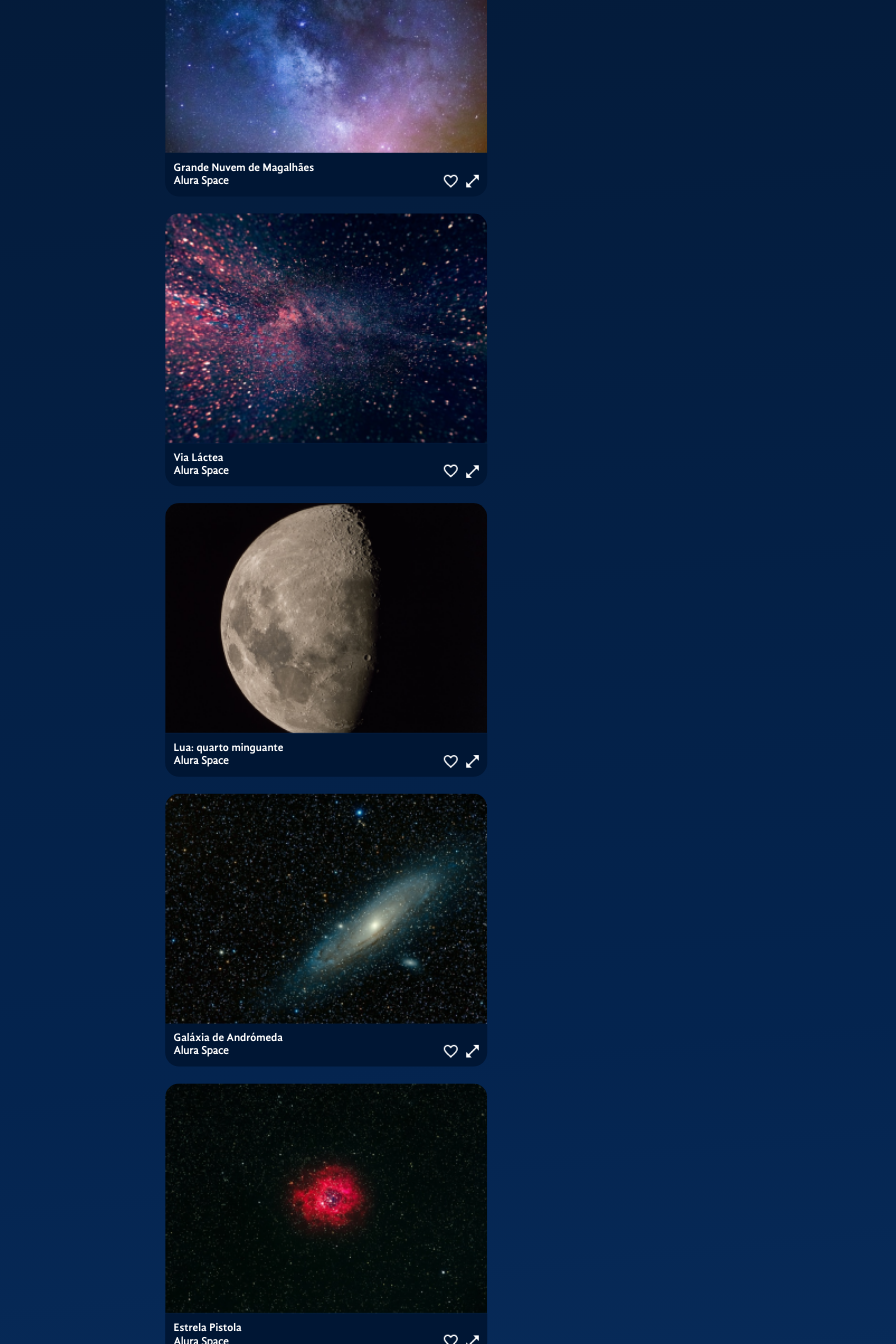
Repository: guilhermecardoso93/space-app-alura
Page: /
An editor plug-in stored every save of this project. The page is shown before and after the next save, followed by the edit.
The browser window is 1280 px wide. The pictures show the part of the page from y = 784 to 2704 px (the page is 4794 px tall), at 70% of full size.
The project was rebuilt for these pictures with package versions that can differ from the ones it lists, and the page was loaded fresh each time. Also part of the build but not shown: vite.config.js.

Above is the page before, as saved 2024-06-21 21:23:55.

After the next save:
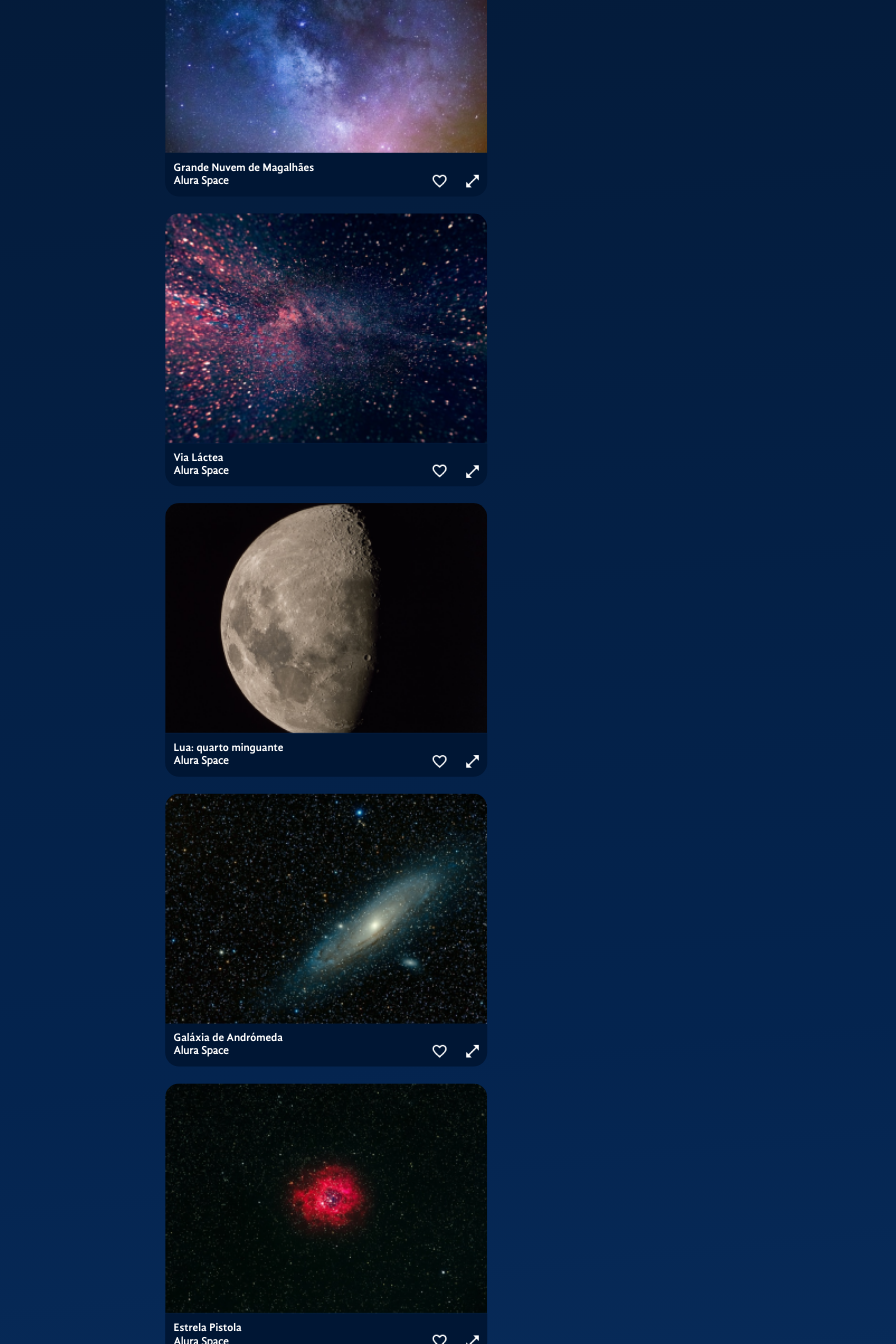
Saved 43 h 44 min later.
--- a/src/components/Gallery/Imagem/styles.js
+++ b/src/components/Gallery/Imagem/styles.js
@@ -1,4 +1,4 @@
-import { styled } from "styled-components"
+import { styled } from "styled-components";
 
 export const Figure = styled.figure`
   width: ${(props) => (props.$expandida ? "90%" : "460px")};
@@ -34,4 +34,5 @@ export const Rodape = styled.footer`
   display: flex;
   justify-content: space-between;
   align-items: center;
+  gap: 1rem;
 `;
